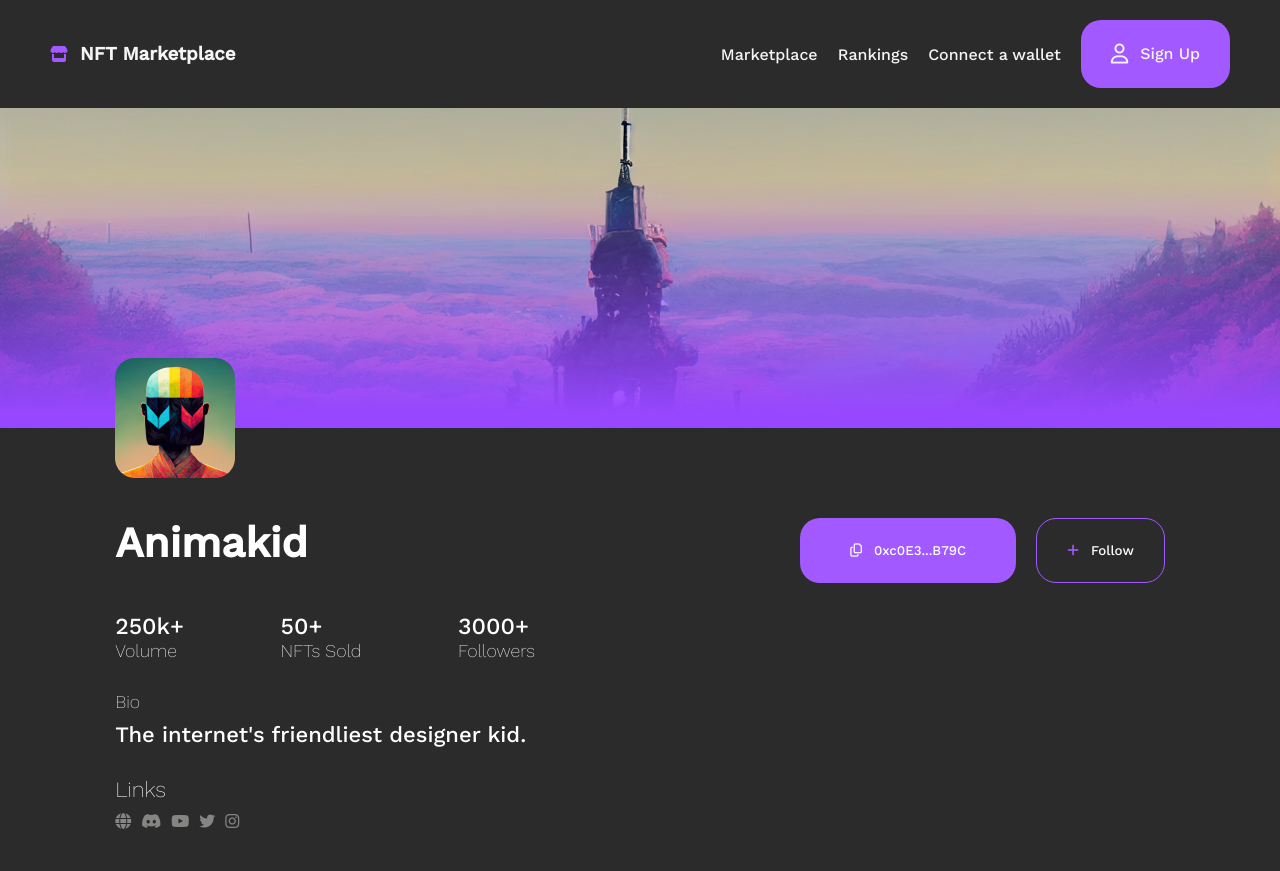
Repository: levananh202ht/NFT_Marketplace
Page: index.html
The author's editor kept a copy of each file at every save. The page is drawn from the files as they stood at one save, then again after the next save.
The browser window is 1280 px wide. The pictures show the whole page.

Above is the page before, as saved 2023-12-09 22:27:08.

### index.html
<!DOCTYPE html>
<html lang="en">
<head>
    <meta charset="UTF-8">
    <meta name="viewport" content="width=device-width, initial-scale=1.0">
    <link rel="stylesheet" href="index.css">
    <link rel="stylesheet" href="responsive.css">
    <link rel="stylesheet" href="https://cdnjs.cloudflare.com/ajax/libs/font-awesome/6.5.1/css/all.min.css" integrity="sha512-DTOQO9RWCH3ppGqcWaEA1BIZOC6xxalwEsw9c2QQeAIftl+Vegovlnee1c9QX4TctnWMn13TZye+giMm8e2LwA==" crossorigin="anonymous" referrerpolicy="no-referrer" />
    <title>Document</title>
</head>
<body>
    <div class="nft_container">
        <!-- header -->
        <div class="nft_header">

            <div class="nft_header-left">
                <i class="fa-solid fa-store"></i>
                <h3>NFT Marketplace</h3>
            </div>

            <ul class="nft_header-right">
                <li class="nft_header-right-item">Marketplace</li>
                <li class="nft_header-right-item">Rankings</li>
                <li class="nft_header-right-item">Connect a wallet</li>
                <li class="nft_header-right-item">
                    <div>
                        <i class="fa-regular fa-user"></i>
                        <p>Sign Up</p>
                    </div>
                </li>
            </ul>

            <i class="icon-bar-responsive fa-solid fa-bars-staggered"></i>

        </div>
        <!-- profileImage -->
        <div class="nft_profileImage">
            <img src="./assets/images/Avatar Placeholder.png" alt="">
        </div>
        <!-- userInfo -->
        <div class="nft_userInfo">

            <div class="nft_userInfo-top">

                <h2>Animakid</h2>
                <div class="nft_userInfo-top-button">
                    <button>
                        <i class="fa-regular fa-copy"></i>
                        <p>0xc0E3...B79C</p>
                    </button>
                    <button>
                        <i class="fa-solid fa-plus"></i>
                        <p>Follow</p>
                    </button>
                </div>

            </div>

            <div class="nft_userInfo-bottom">

                <div class="nft_userInfo-bottom-param">

                    <div>
                        <p class="param">250k+</p>
                        <p class="text">Volume</p>
                    </div>

                    <div>
                        <p class="param">50+</p>
                        <p class="text">NFTs Sold</p>
                    </div>

                    <div>
                        <p class="param">3000+</p>
                        <p class="text">Followers</p>
                    </div>

                </div>

                <div class="nft_userInfo-bottom-bio">

                    <h5>Bio</h5>
                    <p>The internet's friendliest designer kid.</p>

                </div>

                <div class="nft_userInfo-bottom-links">

                    <h5>Links</h5>
                    <ul>
                        <li>
                            <a href="">
                                <i class="fa-solid fa-globe"></i>
                            </a>
                        </li>
                        <li>
                            <a href="https://discord.com/">
                                <i class="fa-brands fa-discord"></i>
                            </a>
                        </li>
                        <li>
                            <a href="https://www.youtube.com/">
                                <i class="fa-brands fa-youtube"></i>
                            </a>
                        </li>
                        <li>
                            <a href="https://twitter.com/">
                                <i class="fa-brands fa-twitter"></i>
                            </a>
                        </li>
                        <li>
                            <a href="https://www.instagram.com/">
                                <i class="fa-brands fa-instagram"></i>
                            </a>
                        </li>
                    </ul>

                </div>

            </div>

        </div>

        <div class="nft_tab"></div>

        <div class="nft_cardSection"></div>

        <div class="footer"></div>

    </div>
</body>
</html>

### index.css
@import url('https://fonts.googleapis.com/css2?family=Work+Sans:ital,wght@0,200;0,500;1,200;1,500&display=swap');

* {
    margin: 0;
    padding: 0;
    box-sizing: border-box;
    font-family: 'Work Sans', sans-serif;
}
.nft_container {
    background: #2B2B2B;
}
    /* CSS header */
.nft_header {
    background: #2B2B2B;
    display: flex;
    justify-content: space-between;
    color: #F5F5F5;
    padding: 20px 50px;
}

.nft_header .nft_header-left {
    display: flex;
    align-items: center;
}
.nft_header .nft_header-left i {
    color: #A259FF;
}
.nft_header .nft_header-left h3 {
    margin-left: 12px;
}

.nft_header .nft_header-right {
    display: flex;
    list-style:  none;
    align-items: center;

}

.nft_header .nft_header-right .nft_header-right-item {
    margin-left: 20px;
    font-size: 16px;
}

.nft_header .nft_header-right .nft_header-right-item:last-child div {
    padding: 24px 30px;
    display: flex;
    border-radius: 20px;
    background: #A259FF;
}

.nft_header .nft_header-right .nft_header-right-item:last-child div i {
    font-size: 20px;
}

.nft_header .nft_header-right .nft_header-right-item:last-child div p {
    margin-left: 12px;
    font-size: 16px;
}
.nft_header .icon-bar-responsive {
    display: none;
}
    /* CSS profileImage */
.nft_profileImage {
    width: 100%;
    height: 320px;
    background-image: url("./assets/images/Image PlaceHolder.png");
    position: relative;

}

.nft_profileImage img {
    left: 9%;
    position: absolute;
    bottom: -50px;
}
    /* CSS userInfo */
.nft_userInfo {
    margin-top: 50px;
    padding: 40px 9%;
    background: #2B2B2B;
    color: #fff;
}
.nft_userInfo .nft_userInfo-top{
    display: flex;
    justify-content: space-between;
    margin-bottom: 30px;
}
.nft_userInfo .nft_userInfo-top h2 {
    font-size:3.3vw;
    color: white;
}
.nft_userInfo .nft_userInfo-top .nft_userInfo-top-button {
    display: flex;
}
.nft_userInfo .nft_userInfo-top .nft_userInfo-top-button button:nth-child(1) {
    background: #A259FF;
    color: white;
    padding: 24px 50px;
    display: flex;
    border: none;
    border-radius: 20px;
    align-items: center;
}
.nft_userInfo .nft_userInfo-top .nft_userInfo-top-button button:nth-child(1) i {
    margin-right: 12px;
}
.nft_userInfo .nft_userInfo-top .nft_userInfo-top-button button:nth-child(2) {
    margin-left: 20px;
    display: flex;
    align-items: center;
    background: #2B2B2B;
    color: white;
    border: 1px solid #A259FF;
    border-radius: 20px;
    padding: 24px 30px;
}
.nft_userInfo .nft_userInfo-top .nft_userInfo-top-button button:nth-child(2) i {
    margin-right: 12px;
    color: #A259FF;
}

.nft_userInfo .nft_userInfo-bottom {

}
.nft_userInfo .nft_userInfo-bottom .nft_userInfo-bottom-param {
    display: flex;
    justify-content: space-between;
    width: 40%;
}
.nft_userInfo .nft_userInfo-bottom .nft_userInfo-bottom-param div p.param {
    font-size: 1.8vw;
}
.nft_userInfo .nft_userInfo-bottom .nft_userInfo-bottom-param div p.text {
    font-size: 1.4vw;
    font-weight: 300;
}
.nft_userInfo .nft_userInfo-bottom .nft_userInfo-bottom-bio {
    margin-top: 30px;
    margin-bottom: 30px;
}
.nft_userInfo .nft_userInfo-bottom .nft_userInfo-bottom-bio h5 {
    font-size: 1.4vw;
    font-weight: 300;
    margin-bottom: 10px;
}
.nft_userInfo .nft_userInfo-bottom .nft_userInfo-bottom-bio p {
    font-size: 22px;
}
.nft_userInfo .nft_userInfo-bottom .nft_userInfo-bottom-links h5 {
    font-size: 22px;
    font-weight: 300;
    margin-bottom: 10px;
}
.nft_userInfo .nft_userInfo-bottom .nft_userInfo-bottom-links ul {
    display: flex;
    list-style: none;
}
.nft_userInfo .nft_userInfo-bottom .nft_userInfo-bottom-links ul li a {
    margin-right: 10px;
    color: #858584;
}

### responsive.css
@media screen and (max-width: 768px) {
    /* header */
    .nft_header{
        align-items: center;
    }

    .nft_header .nft_header-right {
        display: none;
    }
    .nft_header .icon-bar-responsive{
        display: block;
    }
    /* userInfo */
    .nft_userInfo .nft_userInfo-top{
        flex-direction: column;
    }
    .nft_userInfo .nft_userInfo-top h2 {
        margin-bottom: 30px;
        font-size: 5vw;
    }
    .nft_userInfo .nft_userInfo-bottom .nft_userInfo-bottom-param div p.param{
        font-size: 22px;
    }
    .nft_userInfo .nft_userInfo-bottom .nft_userInfo-bottom-param div p.text{
        font-size: 16px;
    }
}
@media screen and (max-width: 418px) {
    /* header */
    .nft_header{
        padding: 15px 30px;
    }
    /* profileImage */
    .nft_profileImage img{
        left: 34%;
    }
    /* userInfo */
    .nft_userInfo .nft_userInfo-top .nft_userInfo-top-button{
        flex-direction: column;
    }

}

After the next save:
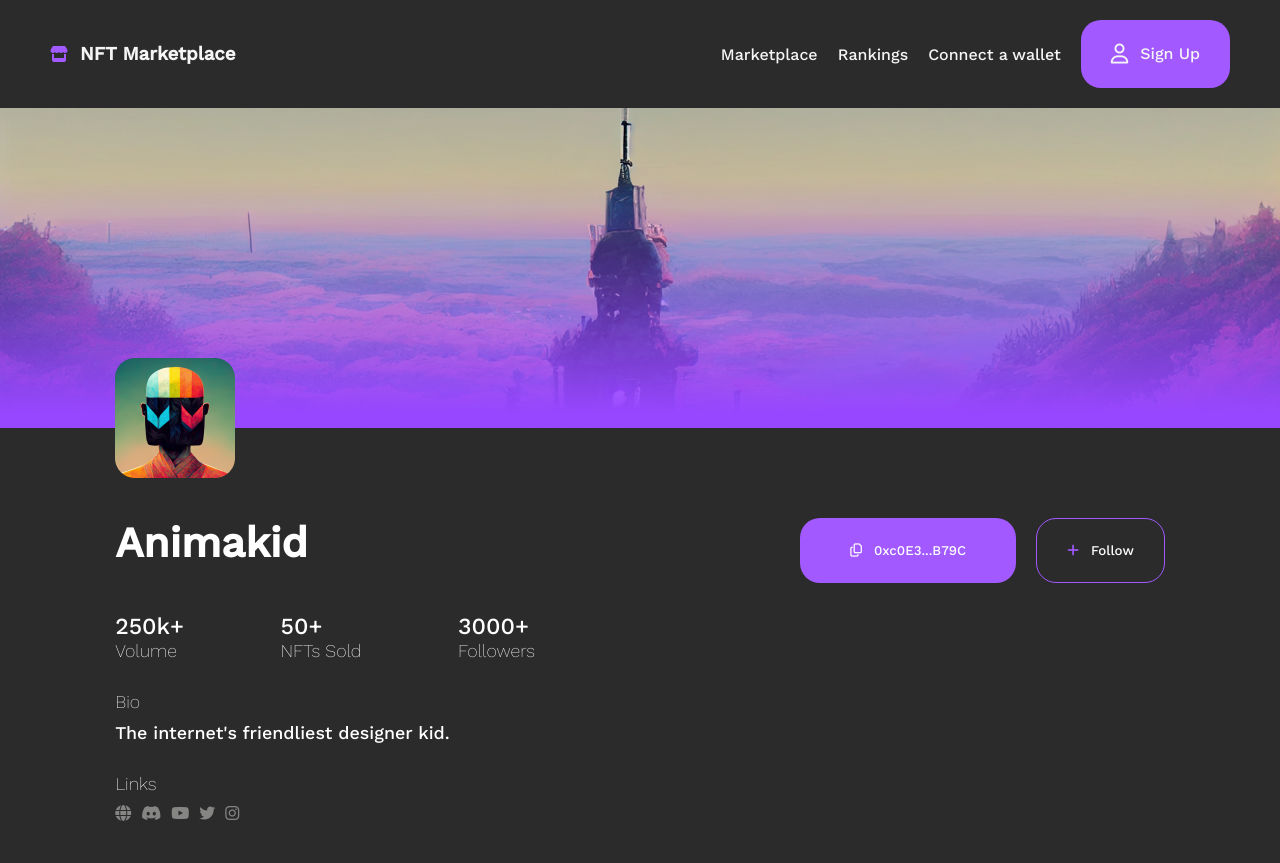
Saved 2 min 56 s later.
--- a/index.css
+++ b/index.css
@@ -144,10 +144,10 @@
     margin-bottom: 10px;
 }
 .nft_userInfo .nft_userInfo-bottom .nft_userInfo-bottom-bio p {
-    font-size: 22px;
+    font-size: 1.4vw;
 }
 .nft_userInfo .nft_userInfo-bottom .nft_userInfo-bottom-links h5 {
-    font-size: 22px;
+    font-size: 1.4vw;
     font-weight: 300;
     margin-bottom: 10px;
 }
